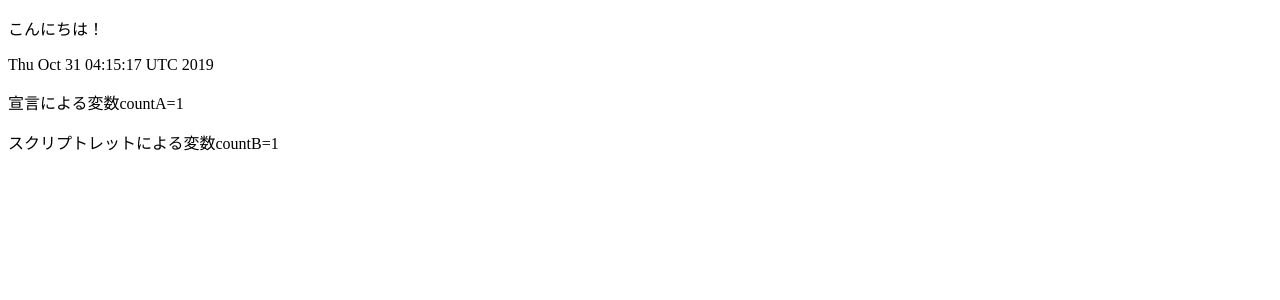
Repository: okateru/test
Page: http://localhost/HelloJSPokazaki/
These files come from the project's save history. The page is drawn as it stood at one moment and after the next save; the edit follows.
The browser window is 1280 px wide. The pictures show the whole page.
The page is served by Tomcat 9.

Above is the page before, as saved 2019-10-31 05:48:27.

After the next save:
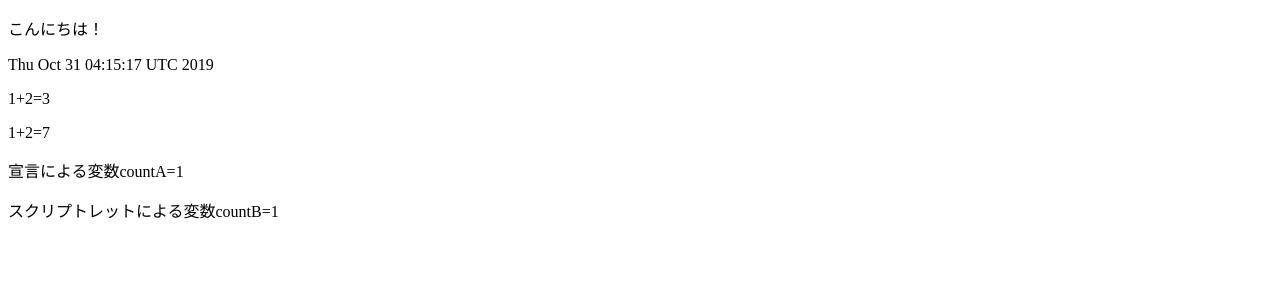
Saved 5 min 34 s later.
--- a/HelloJSPokazaki/WebContent/index.jsp
+++ b/HelloJSPokazaki/WebContent/index.jsp
@@ -9,6 +9,13 @@
 <body>
 <p>こんにちは！</p>
 <% out.println(new java.util.Date()); %>
+<%!
+int add(int a,int b){
+return a+b;
+}
+%>
+<p>1+2=<%=add(1,2) %></p>
+<p>1+2=<%=add(3,4) %></p>
 <%! int countA=0; %>
 <%
 int countB=0;
